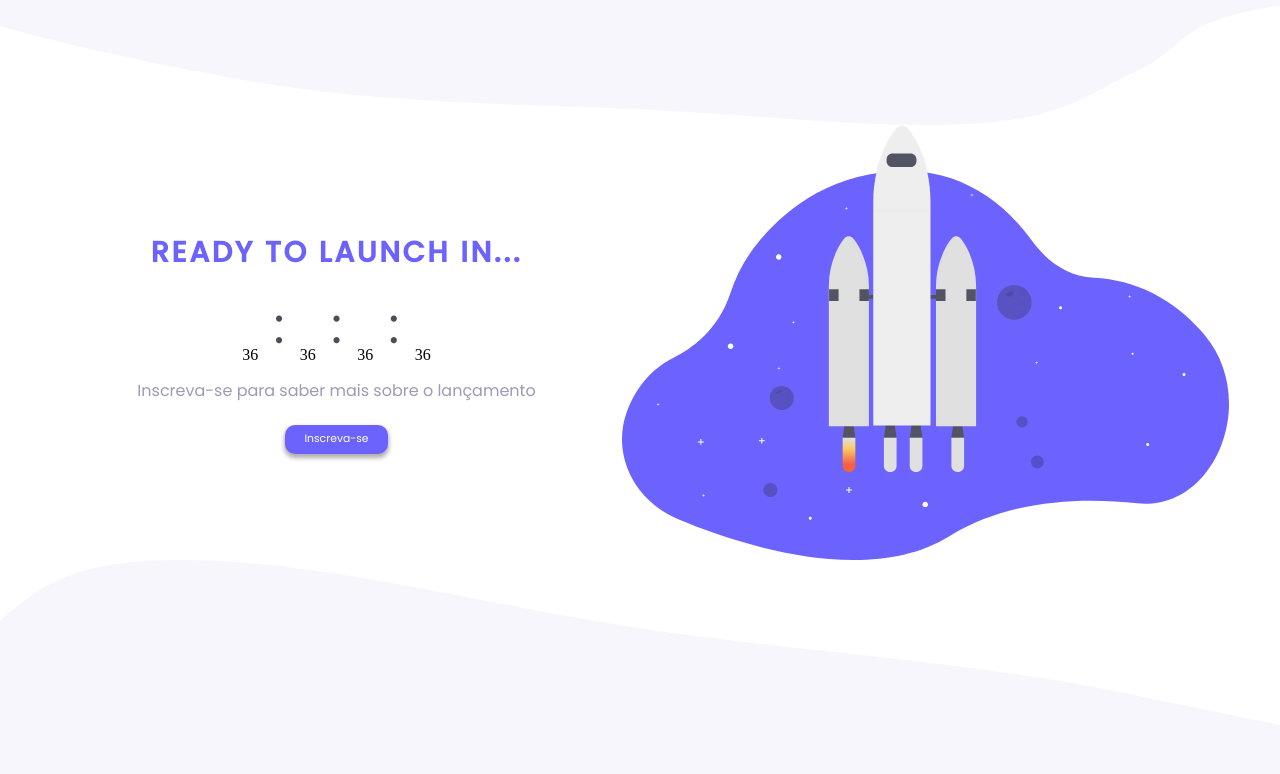
Repository: BrunoBross/countdown
Page: index.html
An editor plug-in stored every save of this project. The page is shown before and after the next save, followed by the edit.
The browser window is 1280 px wide. The pictures show the whole page.

Above is the page before, as saved 2021-11-30 01:10:48.

### index.html
<!DOCTYPE html>
<html lang="en">
<head>
  <meta charset="UTF-8">
  <meta http-equiv="X-UA-Compatible" content="IE=edge">
  <meta name="viewport" content="width=device-width, initial-scale=1.0">
  <title>Document</title>
  <link rel="stylesheet" href="./style.css">
  <link rel="preconnect" href="https://fonts.googleapis.com">
  <link rel="preconnect" href="https://fonts.gstatic.com" crossorigin>
  <link href="https://fonts.googleapis.com/css2?family=Poppins:wght@300;400;500&display=swap" rel="stylesheet">
</head>
<body>
  <div class="background">
    <img class="image" id="top" src="./assets/top-image.svg" alt="">
    <div class="center">
      <div class="content">
        <h1>READY TO LAUNCH IN...</h1>
        <div class="clock">
          <div class="time" id="day">
            <p>Dias</p>
            <h1>08</h1>
          </div>
          <div class="time"><h1>:</h1></div>
          <div class="time" id="hour">
            <p>Horas</p>
            <h1>12</h1>
          </div>
          <div class="time"><h1>:</h1></div>
          <div class="time" id="minute">
            <p>Minutos</p>
            <h1>44</h1>
          </div>
          <div class="time"><h1>:</h1></div>
          <div class="time" id="second">
            <p>Segundos</p>
            <h1>28</h1>
          </div>
        </div>
        <p>Inscreva-se para saber mais sobre o lançamento</p>
        <button class="subscribe">Inscreva-se</button>
      </div>
      <img id="rocket" src="./assets/rocket.svg" alt="">
    </div>
    <img class="image" id="bottom" src="./assets/bottom-image.svg" alt="">
  </div>
</body>

<script src="./script.js"></script>
</html>

### style.css
*{
  padding: 0;
  margin: 0;
}

body{
  background-color: #FFF;
}

.background{
  height: 100vh;
  display: flex;
  flex-direction: column;
  justify-content: space-between;
}

.center{
  padding: 0 4vw;
  display: flex;
  justify-content: space-between;
}

.image{
  width: 100vw;
}

.clock{
  margin: 2vh 0;
  display: flex;
  gap: 1.2vw;
  align-items: flex-end;
}

.time{
  display: flex;
  flex-direction: column;
  justify-content: center;
  align-items: center;
}

.time > p{
  font-family: 'Poppins', 'sans-serif';
  color: #C8C8C8;
}

.time > h1{
  font-family: 'Poppins', 'sans-serif';
  color: #4D4C59;
  font-size: 7vh;
  font-weight: 400;
}

.content{
  width: 50vw;
  display: flex;
  flex-direction: column;
  justify-content: center;
  align-items: center;
}

.content > h1{
  color: #6C63FF;
  font-family: 'Poppins', 'sans-serif';
  font-weight: 700;
  font-size: 4vh;
  letter-spacing: 0.2vw;
}

.content > p{
  font-family: 'Poppins', 'sans-serif';
  font-weight: 400;
  color: #9C9AB6;
}

.subscribe{
  margin-top: 3vh;
  width: 8vw;
  height: 4vh;
  border: none;
  background-color: #6C63FF;
  border-radius: 10px;
  font-family: 'Poppins', 'sans-serif';
  font-weight: 400;
  font-size: 1.5vh;
  color: #FFF;
  box-shadow: 0 3px 4px 1px #00000050;
  cursor: pointer;
}

### script.js
// Set the date we're counting down to
var countDownDate = new Date("Jan 5, 2022 15:37:25").getTime();

// Update the count down every 1 second
var x = setInterval(function() {

  // Get today's date and time
  var now = new Date().getTime();

  // Find the distance between now and the count down date
  var distance = countDownDate - now;

  // Time calculations for days, hours, minutes and seconds
  var days = Math.floor(distance / (1000 * 60 * 60 * 24));
  var hours = Math.floor((distance % (1000 * 60 * 60 * 24)) / (1000 * 60 * 60));
  var minutes = Math.floor((distance % (1000 * 60 * 60)) / (1000 * 60));
  var seconds = Math.floor((distance % (1000 * 60)) / 1000);

  // Display the result in the element with id="demo"
  document.querySelector("#day").innerHTML = days
  document.querySelector("#hour").innerHTML = days
  document.querySelector("#minute").innerHTML = days
  document.querySelector("#second").innerHTML = days

  // If the count down is finished, write some text
  if (distance < 0) {
    clearInterval(x);
    document.getElementById("demo").innerHTML = "EXPIRED";
  }
}, 1000);

After the next save:
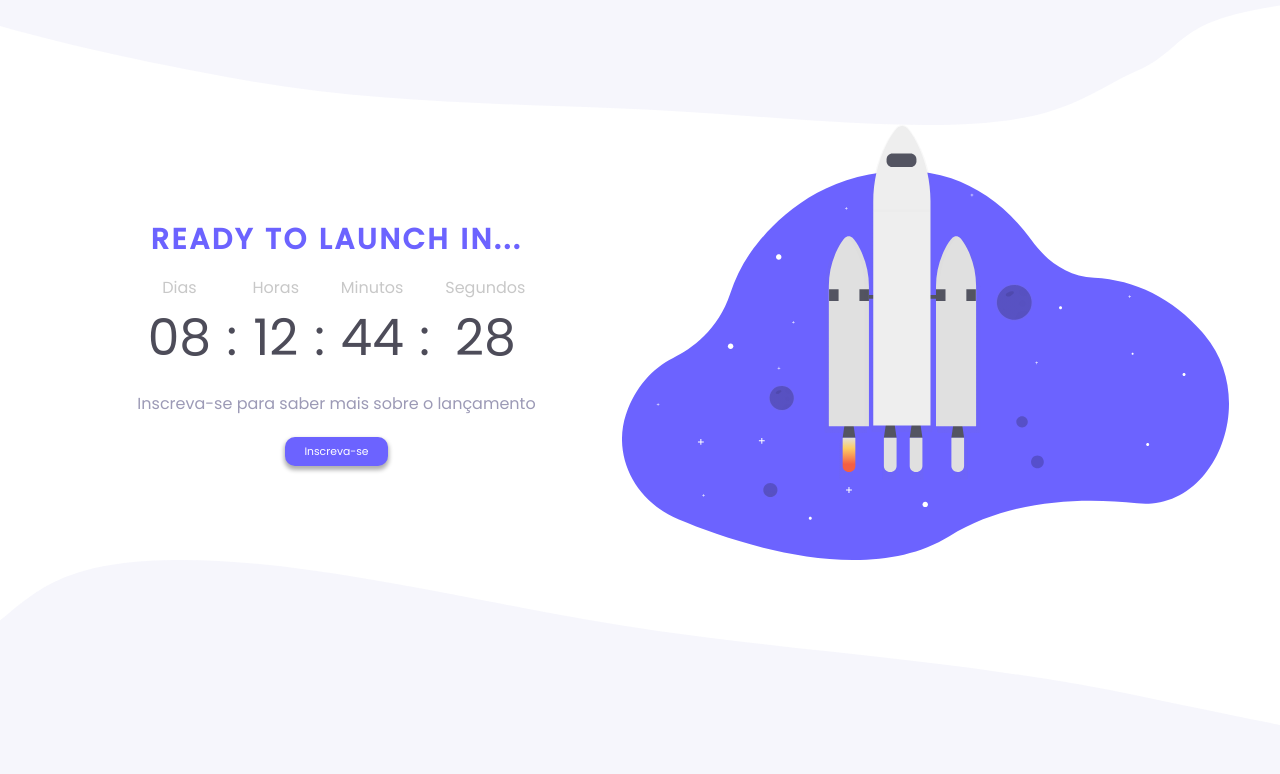
Console error: TypeError: Cannot set properties of null (setting 'innerHTML')
Saved 9 s later.
--- a/index.html
+++ b/index.html
@@ -17,22 +17,22 @@
       <div class="content">
         <h1>READY TO LAUNCH IN...</h1>
         <div class="clock">
-          <div class="time" id="day">
+          <div class="time" id="days">
             <p>Dias</p>
             <h1>08</h1>
           </div>
           <div class="time"><h1>:</h1></div>
-          <div class="time" id="hour">
+          <div class="time" id="hours">
             <p>Horas</p>
             <h1>12</h1>
           </div>
           <div class="time"><h1>:</h1></div>
-          <div class="time" id="minute">
+          <div class="time" id="minutes">
             <p>Minutos</p>
             <h1>44</h1>
           </div>
           <div class="time"><h1>:</h1></div>
-          <div class="time" id="second">
+          <div class="time" id="seconds">
             <p>Segundos</p>
             <h1>28</h1>
           </div>

After the save that followed:
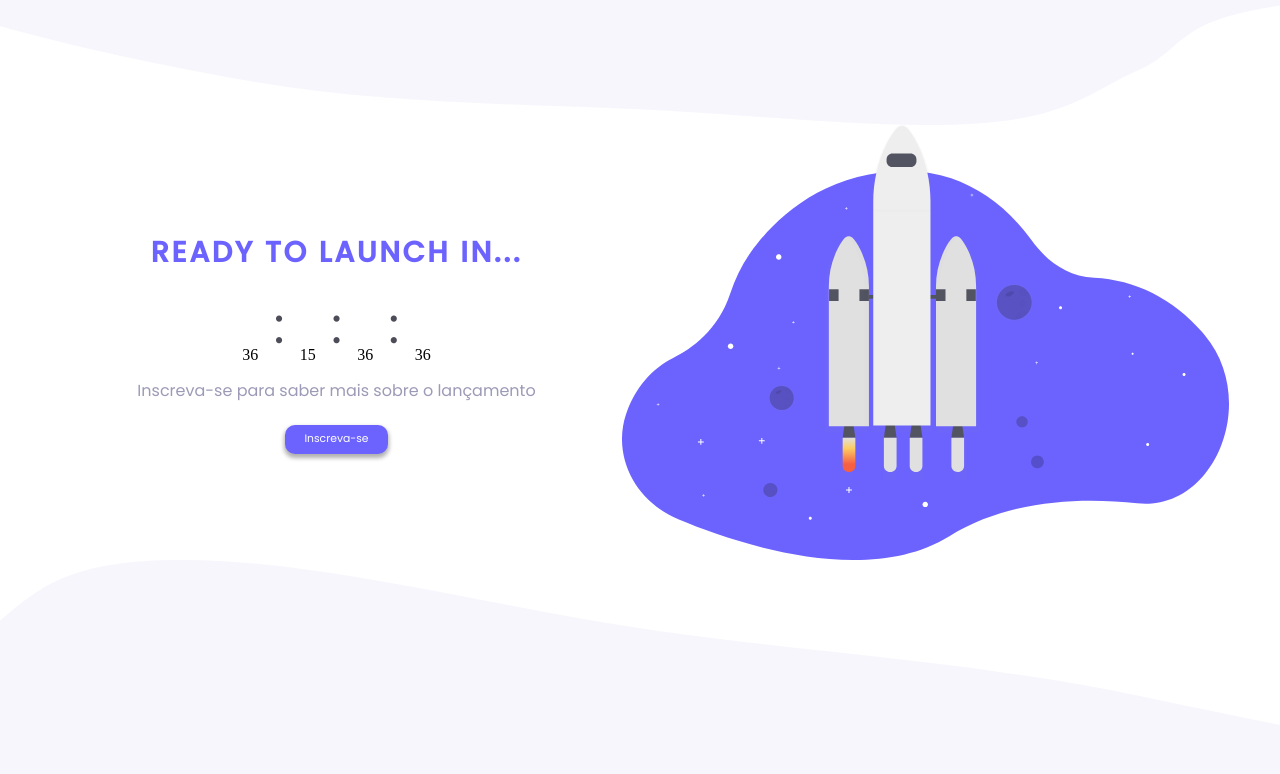
The error is gone.
Saved 7 s later.
--- a/script.js
+++ b/script.js
@@ -17,10 +17,10 @@ var x = setInterval(function() {
   var seconds = Math.floor((distance % (1000 * 60)) / 1000);
 
   // Display the result in the element with id="demo"
-  document.querySelector("#day").innerHTML = days
-  document.querySelector("#hour").innerHTML = days
-  document.querySelector("#minute").innerHTML = days
-  document.querySelector("#second").innerHTML = days
+  document.querySelector("#days").innerHTML = days
+  document.querySelector("#hours").innerHTML = hours
+  document.querySelector("#minutes").innerHTML = days
+  document.querySelector("#seconds").innerHTML = days
 
   // If the count down is finished, write some text
   if (distance < 0) {
